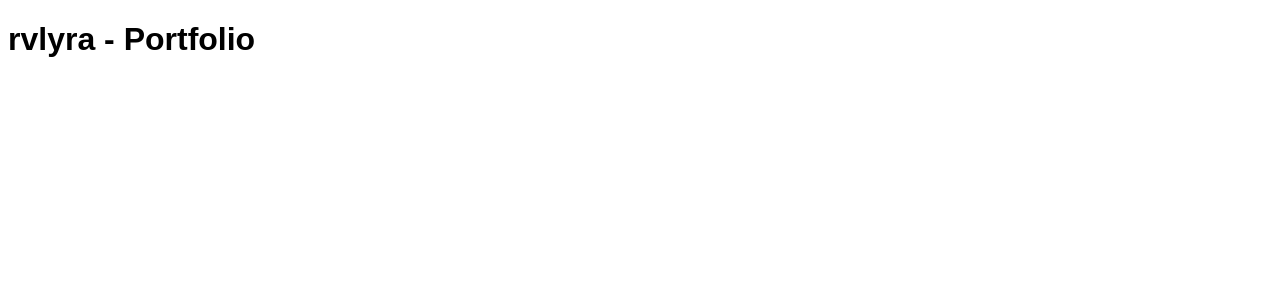
Repository: rvlyra/splash-screen-rvlyra
Page: Portfolio-RVLYRA/public/index.html
The author's editor kept a copy of each file at every save. The page is drawn from the files as they stood at one save, then again after the next save.
The browser window is 1280 px wide. The pictures show the whole page.
Some web fonts or font styles are not loaded; a fallback is used.

Above is the page before, as saved 2022-07-06 09:13:51.

After the next save:
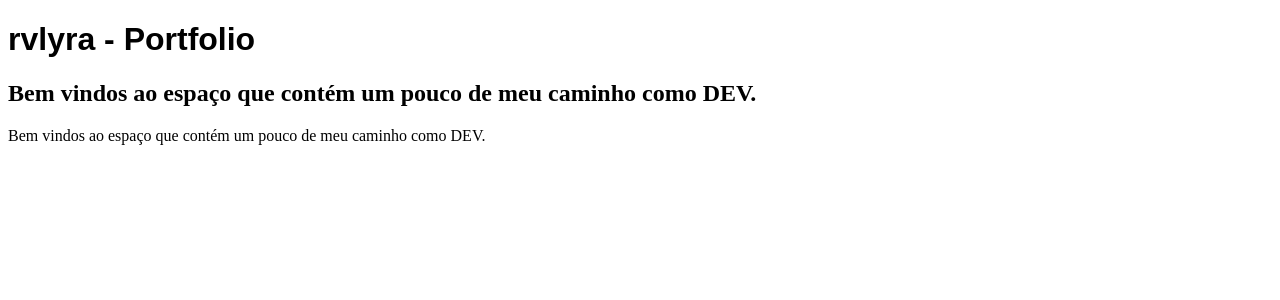
Saved 91 s later.
--- a/Portfolio-RVLYRA/public/index.html
+++ b/Portfolio-RVLYRA/public/index.html
@@ -12,6 +12,13 @@
         <h1>rvlyra - Portfolio</h1>
     </header>
 
+    <section>
+        <h2>Bem vindos ao espaço que contém um pouco de meu caminho como DEV.</h2>
+        <p>Bem vindos ao espaço que contém um pouco de meu caminho como DEV.</p>
+        <p></p>
+    </section>
+    <section></section>
+    <section></section>
 
 </body>
 </html>
